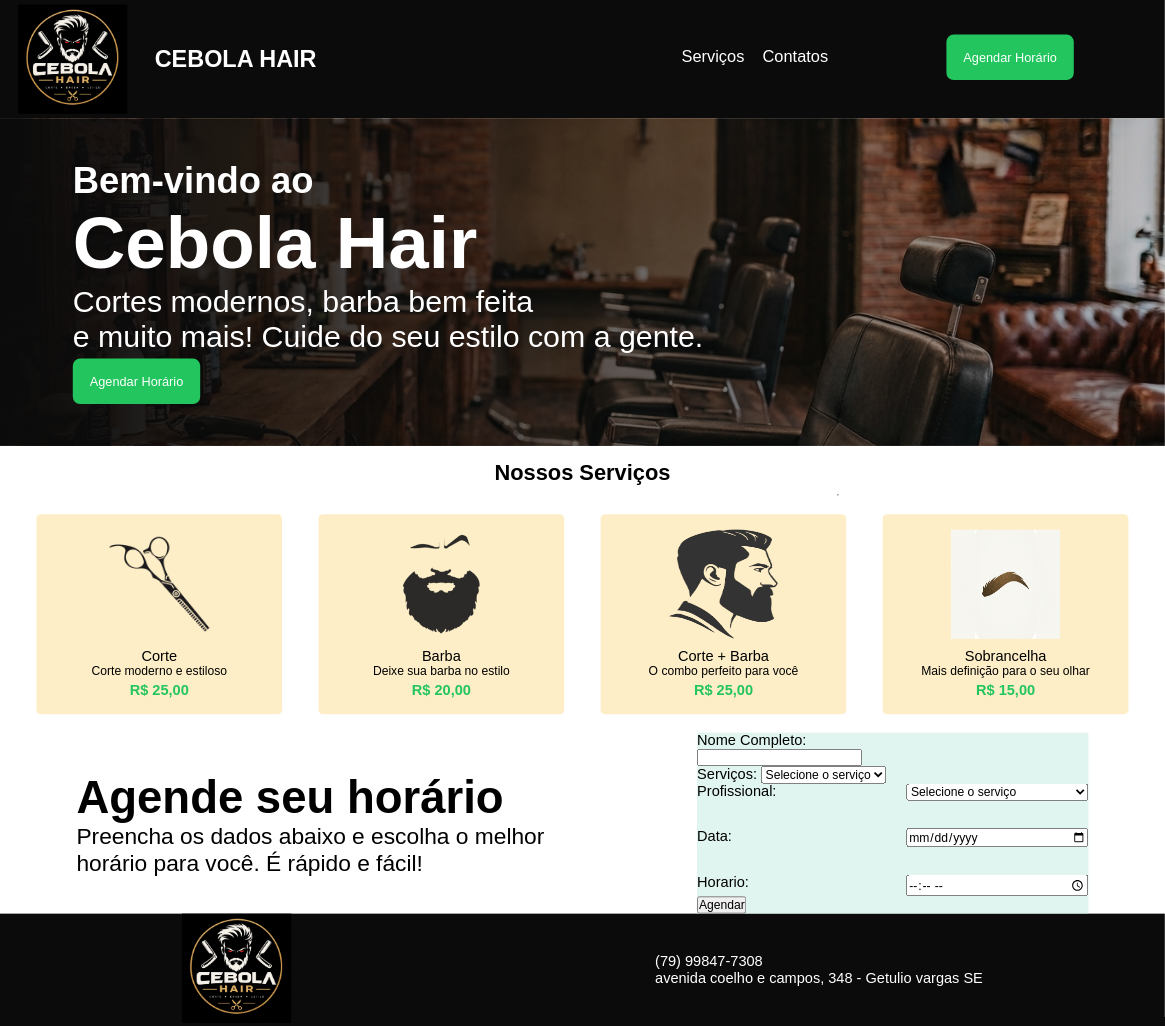
Repository: antonymsantana-design/final.activitie1
Page: index.html
An editor plug-in stored every save of this project. The page is shown before and after a run of saves, followed by the edit.
The browser window is 1280 px wide. The pictures show the whole page, at 91% of full size.

Above is the page before, as saved 2026-09-15 19:31:33.

After the next 2 saves:
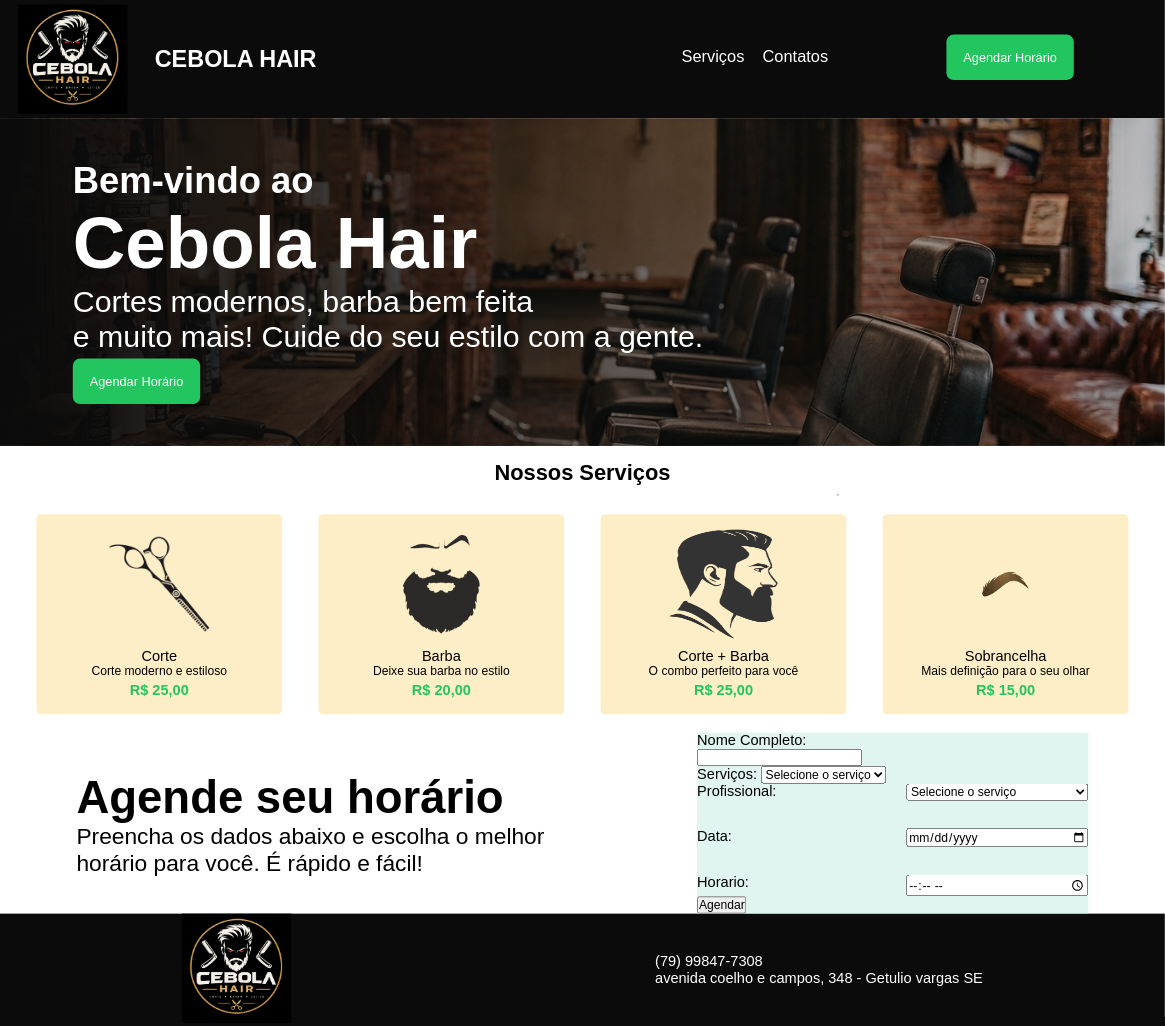
The 2 saves are shown as one change because they came seconds apart.
The last was saved 6 s later.
--- a/index.html
+++ b/index.html
@@ -75,7 +75,7 @@
       </div>
       <div class="card">
         <img
-          src="image/Gemini_Generated_Image_3bb4av3bb4av3bb4.jpg"
+          src="image/Design sem nome.png"
           alt="tisora"
           class="icone"
         />
